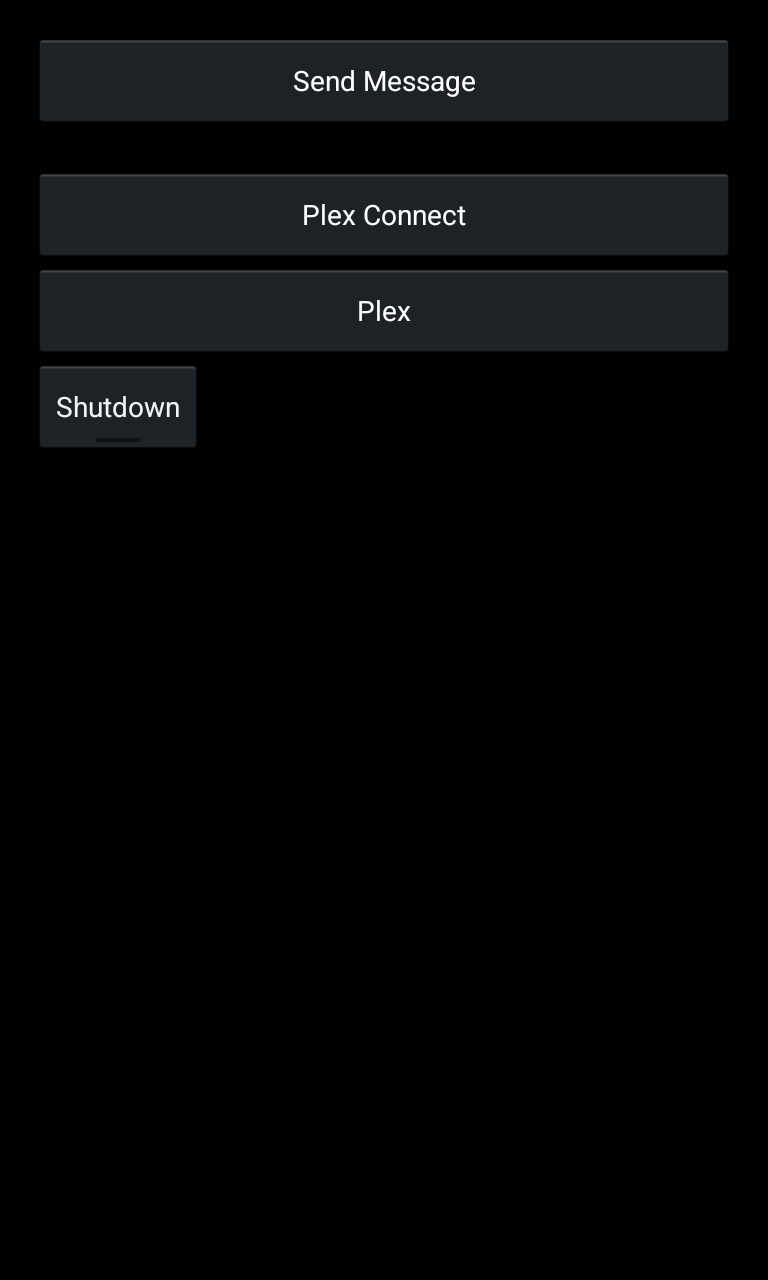
Repository: juanlurie/Android
Layout: HomeCommander/res/layout/pcfragment.xml
The author's editor kept a copy of each file at every save. The layout is drawn from the files as they stood at one save, then again after the next save.
It is drawn on a 768 x 1280 px phone screen (xhdpi) without system bars, with theme AppTheme; the app's code is not run.

Above is the layout before, as saved 2013-08-17 14:20:36.

### HomeCommander/res/layout/pcfragment.xml
<!--
  Copyright 2013 The Android Open Source Project

  Licensed under the Apache License, Version 2.0 (the "License");
  you may not use this file except in compliance with the License.
  You may obtain a copy of the License at

      http://www.apache.org/licenses/LICENSE-2.0

  Unless required by applicable law or agreed to in writing, software
  distributed under the License is distributed on an "AS IS" BASIS,
  WITHOUT WARRANTIES OR CONDITIONS OF ANY KIND, either express or implied.
  See the License for the specific language governing permissions and
  limitations under the License.
-->

<LinearLayout xmlns:android="http://schemas.android.com/apk/res/android"
    xmlns:tools="http://schemas.android.com/tools"
    android:layout_width="match_parent"
    android:layout_height="match_parent"
    android:background="#000000"
    android:orientation="vertical"
    android:paddingBottom="@dimen/activity_vertical_margin"
    android:paddingLeft="@dimen/activity_horizontal_margin"
    android:paddingRight="@dimen/activity_horizontal_margin"
    android:paddingTop="@dimen/activity_vertical_margin"
    tools:context=".HomeCommander" >

      <Button
            android:id="@+id/sendMessage"
            style="?android:attr/buttonStyleSmall"
            android:layout_width="match_parent"
            android:layout_height="wrap_content"
            android:text="Send Message"
            android:textColor="#FFFFFF" />

      <TextView
    android:id="@+id/output"
    android:layout_width="fill_parent"
    android:layout_height="wrap_content"

    />

    <Button
        android:id="@+id/plexConnectButton"
        style="?android:attr/buttonStyleSmall"
        android:layout_width="match_parent"
        android:layout_height="wrap_content"
        android:text="Plex Connect"
        android:textColor="#FFFFFF" />

    <Button
        android:id="@+id/plexButton"
        style="?android:attr/buttonStyleSmall"
        android:layout_width="match_parent"
        android:layout_height="wrap_content"
        android:text="Plex"
        android:textColor="#FFFFFF" />

    <LinearLayout
        android:layout_width="match_parent"
        android:layout_height="wrap_content" >

        <ToggleButton
            android:id="@+id/switch1"
            android:layout_width="wrap_content"
            android:layout_height="wrap_content"
            android:text="Shutdown"
            android:textOff="Shutdown"
            android:textOn="Abort" />

        <TextView
            android:id="@+id/textView1"
            android:layout_width="wrap_content"
            android:layout_height="wrap_content"
            android:textAppearance="?android:attr/textAppearanceSmall" />
    </LinearLayout>

</LinearLayout>

### HomeCommander/res/values/styles.xml
<resources>

    <!--
        Base application theme, dependent on API level. This theme is replaced
        by AppBaseTheme from res/values-vXX/styles.xml on newer devices.
    -->
    <style name="AppBaseTheme" parent="android:Theme.Holo">
        <!--
            Theme customizations available in newer API levels can go in
            res/values-vXX/styles.xml, while customizations related to
            backward-compatibility can go here.
        -->
    </style>

    <!-- Application theme. -->
    <style name="AppTheme" parent="android:Theme.Holo">
        <!-- All customizations that are NOT specific to a particular API-level can go here. -->
    </style>

</resources>

Loaded but not shown: HomeCommander/res/values/dimens.xml (common file)

After the next save:
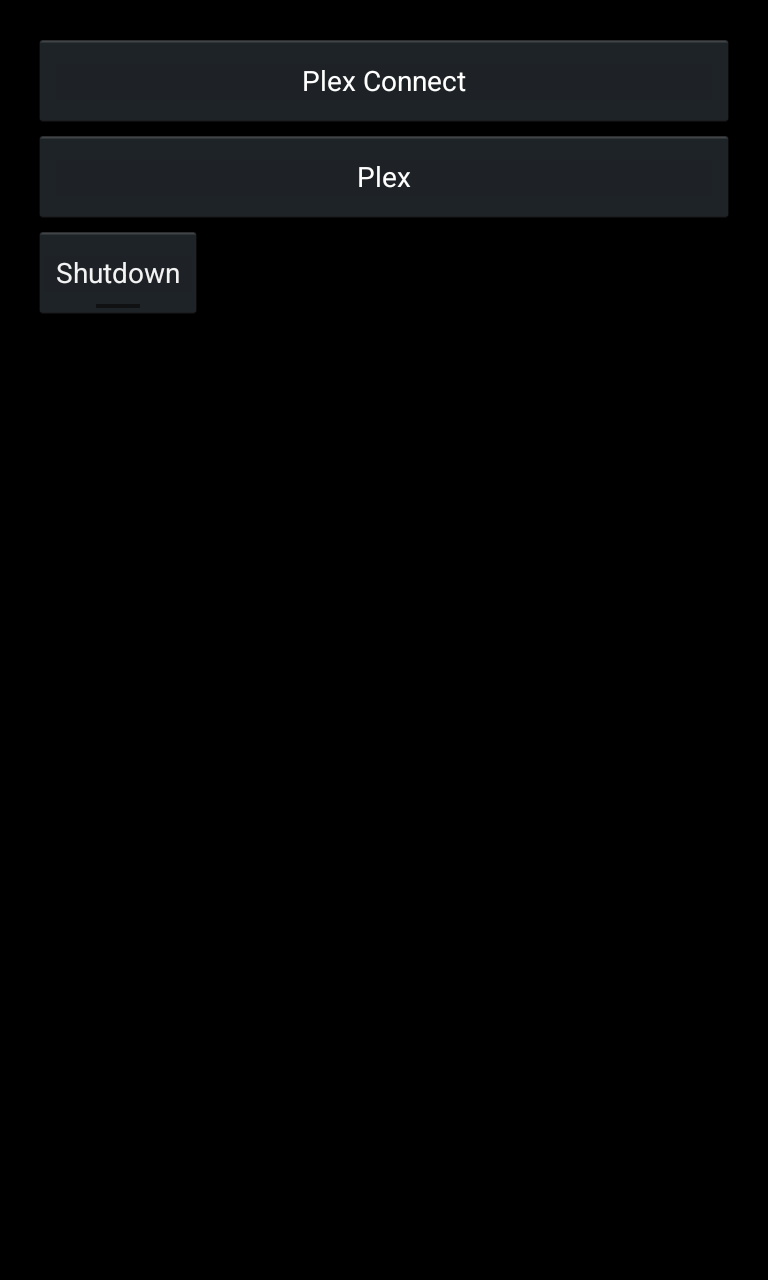
Saved 98 s later.
--- a/HomeCommander/res/layout/pcfragment.xml
+++ b/HomeCommander/res/layout/pcfragment.xml
@@ -12,6 +12,7 @@
   WITHOUT WARRANTIES OR CONDITIONS OF ANY KIND, either express or implied.
   See the License for the specific language governing permissions and
   limitations under the License.
+
 -->
 
 <LinearLayout xmlns:android="http://schemas.android.com/apk/res/android"
@@ -25,21 +26,6 @@
     android:paddingRight="@dimen/activity_horizontal_margin"
     android:paddingTop="@dimen/activity_vertical_margin"
     tools:context=".HomeCommander" >
-
-      <Button
-            android:id="@+id/sendMessage"
-            style="?android:attr/buttonStyleSmall"
-            android:layout_width="match_parent"
-            android:layout_height="wrap_content"
-            android:text="Send Message"
-            android:textColor="#FFFFFF" />
-
-      <TextView
-    android:id="@+id/output"
-    android:layout_width="fill_parent"
-    android:layout_height="wrap_content"
-
-    />
 
     <Button
         android:id="@+id/plexConnectButton"
